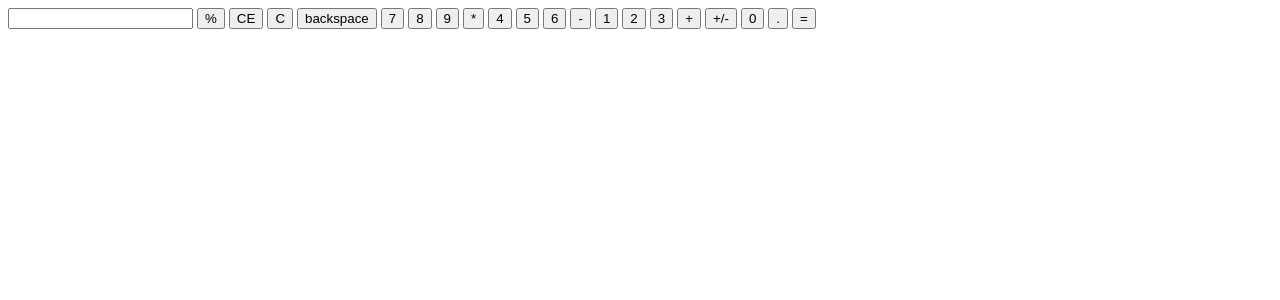
Repository: kirtivaishya/calculator
Page: index.html
The author's editor kept a copy of each file at every save. The page is drawn from the files as they stood at one save, then again after the next save.
The browser window is 1280 px wide. The pictures show the whole page.
The style sheet was rebuilt from its Sass, Less or Tailwind sources for each picture, by a compiler version that may differ from the author's.

Above is the page before, as saved 2021-10-14 12:26:25.

After the next save:
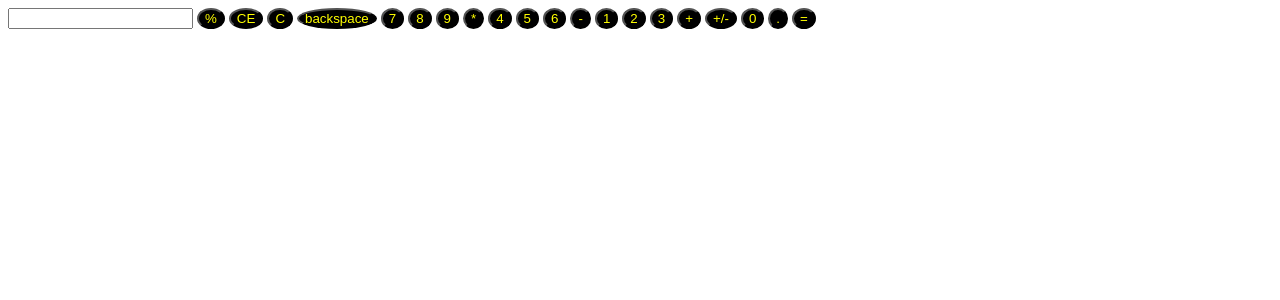
Saved 2 min 1 s later.
--- a/css/component.scss
+++ b/css/component.scss
@@ -4,3 +4,13 @@
     border-radius: 50%;
 
 }
+
+button {
+    background-color: black;
+    color: yellow;
+    border-radius: 50%;
+  }
+
+  form {
+  border: 5px black;
+  }
